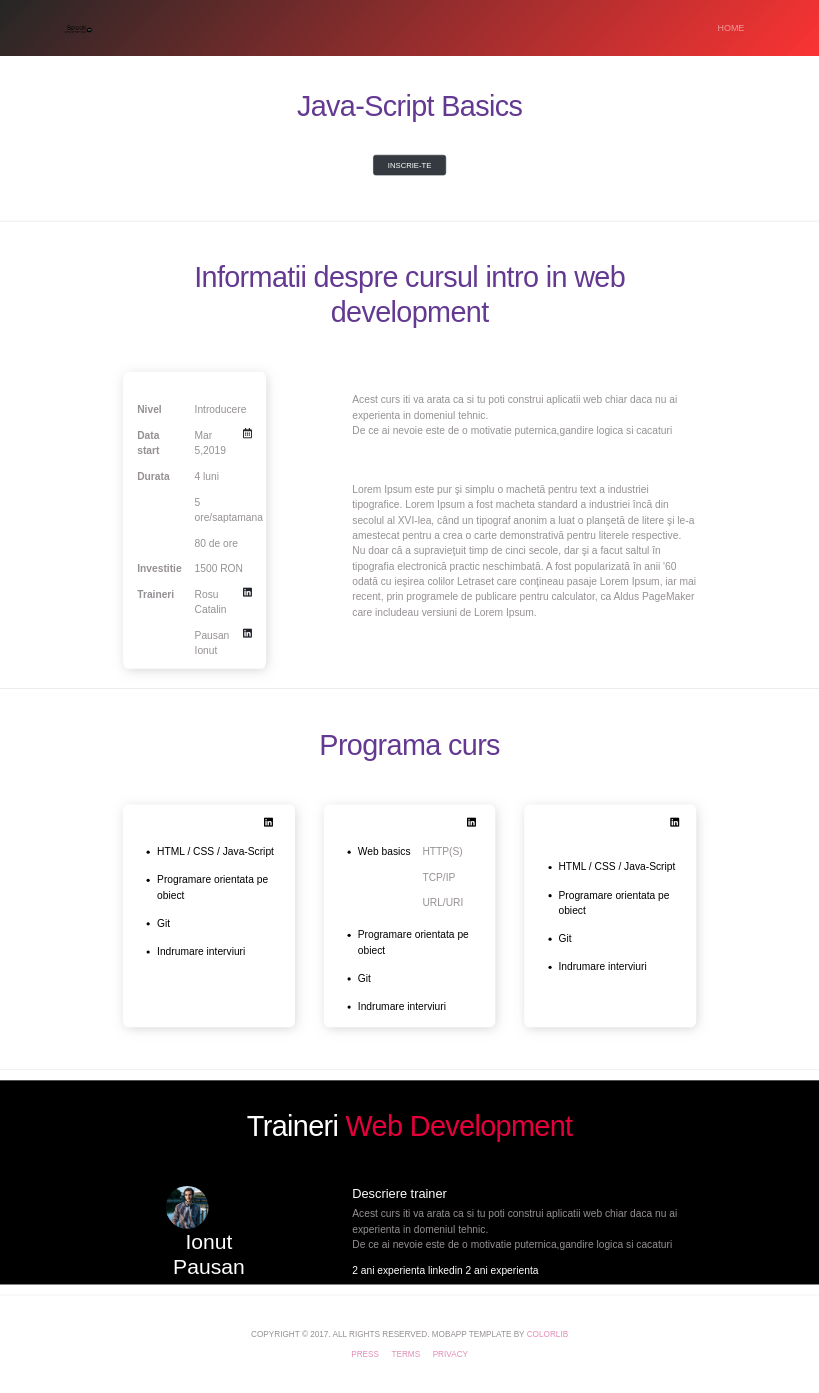
Repository: RosuCatalinDorin/ITSchool
Page: detaliiCurs/views/detalii-curs.html
These files come from the project's save history. The page is drawn as it stood at one moment and after the next save; the edit follows.
The browser window is 1280 px wide. The pictures show the whole page, at 64% of full size.
Some web libraries are served in a nearby version.

Above is the page before, as saved 2019-03-12 09:05:06.

After the next save:
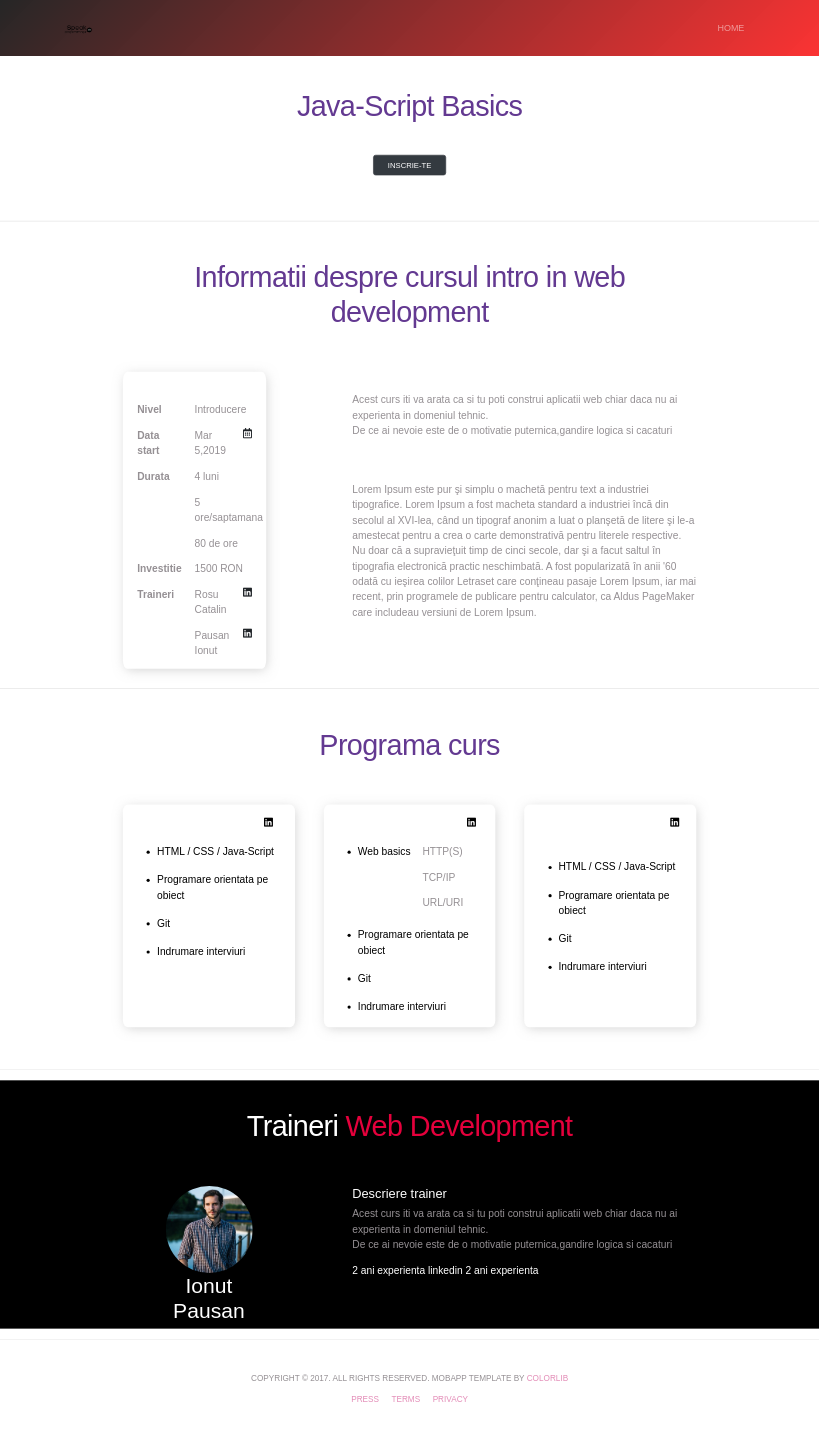
Saved 18 s later.
--- a/detaliiCurs/css/detalii-curs.css
+++ b/detaliiCurs/css/detalii-curs.css
@@ -193,8 +193,8 @@
 .trainer-image {
     border-radius:50%;
     margin:auto;
-    width:50%;
-    height:50%;
+    width:136px;
+    height:136px;
 }
 
 .trainer-name{

After the save that followed:
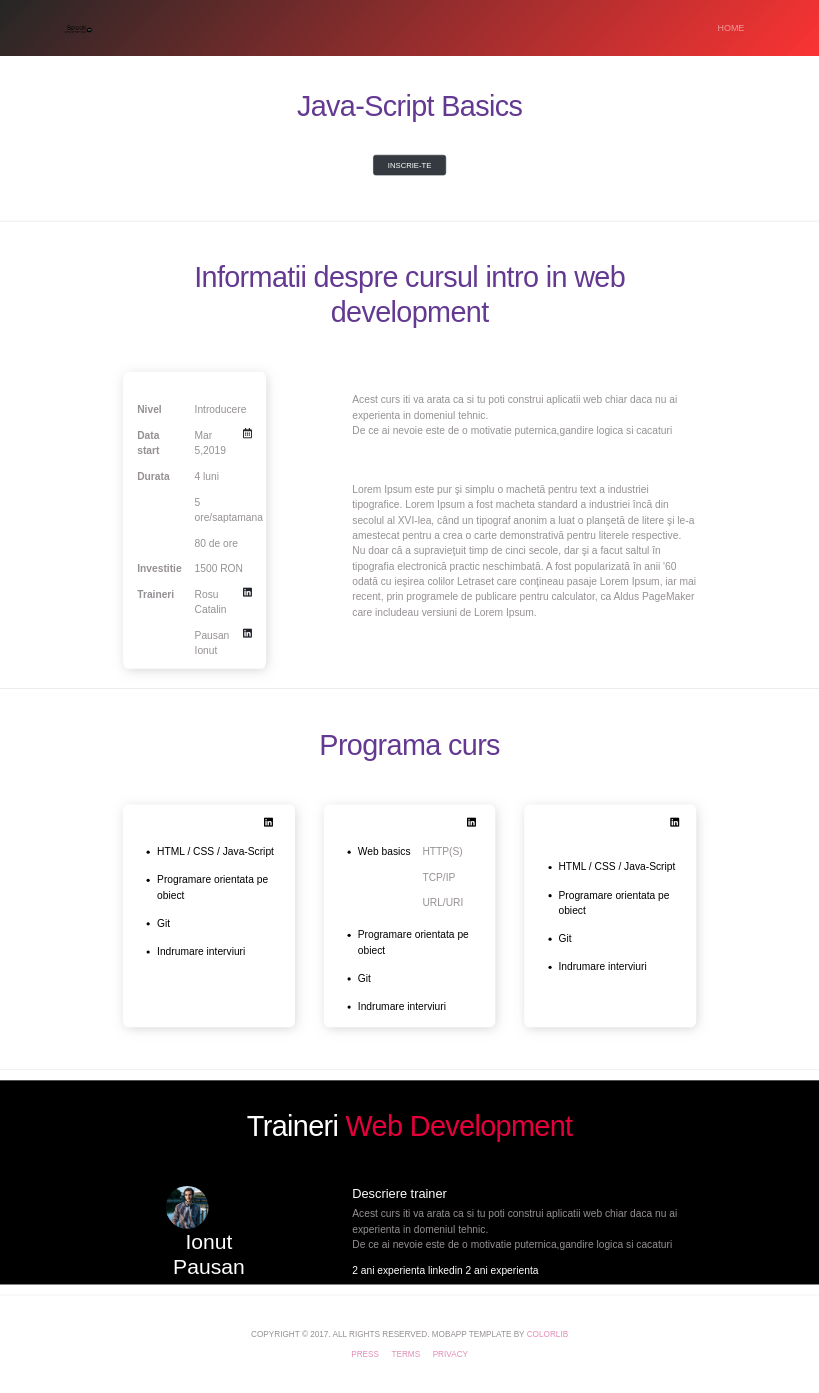
Saved 10 s later.
--- a/detaliiCurs/css/detalii-curs.css
+++ b/detaliiCurs/css/detalii-curs.css
@@ -193,8 +193,8 @@
 .trainer-image {
     border-radius:50%;
     margin:auto;
-    width:136px;
-    height:136px;
+    width:50%;
+    height:50%;
 }
 
 .trainer-name{
